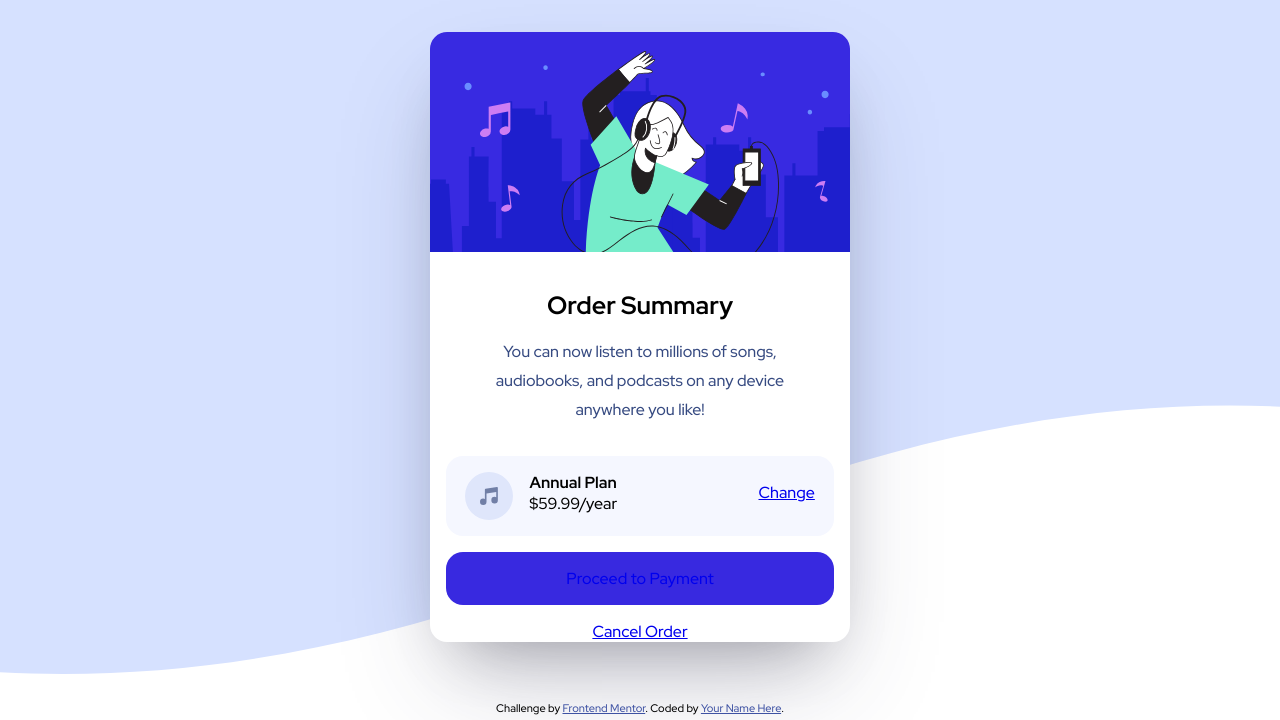
Repository: DejV44/order-summary-frontend
Page: index.html
The author's editor kept a copy of each file at every save. The page is drawn from the files as they stood at one save, then again after the next save.
The browser window is 1280 px wide. The pictures show the whole page.
The style sheet was rebuilt from its Sass, Less or Tailwind sources for each picture, by a compiler version that may differ from the author's.

Above is the page before, as saved 2021-08-13 12:09:31.

### index.html
<!DOCTYPE html>
<html lang="en">
<head>
  <meta charset="UTF-8">
  <meta name="viewport" content="width=device-width, initial-scale=1.0">
  <link rel="stylesheet" href="css/style.css">

  <link rel="icon" type="image/png" sizes="32x32" href="./images/favicon-32x32.png">

  <title>Frontend Mentor | Order summary card</title>

</head>
<body>
  <div class="container">
    <div class="backgr">
      <img src="/images/illustration-hero.svg" alt="hero">
    </div>
    <div class="content">
      <h1>Order Summary</h1>
      <p>You can now listen to millions of songs, audiobooks, and podcasts on any
      device anywhere you like!</p>
    </div>
    <div class="price_container">
      <div class="annual">
        <img src="/images/icon-music.svg" alt="music">
        <div>
          <p class="bold">Annual Plan</p>
          <p>$59.99/year</p>
        </div>

      </div>
      <a href="#">Change</a>
    </div>
    <div class="button">
      <a href="#">Proceed to Payment</a>
    </div>
    <div class="cancel_button">
      <a href="#">Cancel Order</a>
    </div>

  </div>

  <div class="attribution">
    Challenge by <a href="https://www.frontendmentor.io?ref=challenge" target="_blank">Frontend Mentor</a>.
    Coded by <a href="#">Your Name Here</a>.
  </div>
</body>
</html>

### css/style.scss
* {
    margin: 0;
    padding: 0;
}
@import url('https://fonts.googleapis.com/css2?family=Red+Hat+Display:wght@500;700;900&display=swap');
@import "variables";
@import "mixins";

body {
    @include body;
    @include fonts;
}

.container {
    @include container;
    @include border;

}
.attribution {
    @include attribution;
}

.content {
    @include content;
}

.price_container {
    display: flex;
    justify-content: space-between;
    @include border;
    background: $VeryPaleBlue;
    margin: 0 1rem;
    padding: 1rem 0;
    .annual {
        display: flex;
        padding: 0 1.2rem;

        p {
            padding: 0 1rem;
        }
        .bold {
            font-weight: 700;
        }
    }

    a {
        margin: 0.6rem 1.2rem 0;
    }
}

.button {
    margin: 1rem;
    @include border;
    padding: 1rem;
    background: $Brightblue;
    color: $VeryPaleBlue;
    a {
        text-decoration: none;
    }
}

### css/_variables.scss
// ---COLORS--

$Paleblue: hsl(225, 100%, 94%);
$Brightblue: hsl(245, 75%, 52%);
$VeryPaleBlue: hsl(225, 100%, 98%);
$Desaturatedblue: hsl(224, 41%, 36%);
$DarkBlue: hsl(223, 47%, 23%);

### css/_mixins.scss
@mixin fonts {
    font-family: 'Red Hat Display', sans-serif;
}

@mixin backgroundMob {
    background: url(/images/pattern-background-mobile.svg);
    background-repeat: no-repeat;
    background-size: cover;
    background-position: center;
}

@mixin container {
    max-width: 420px;
    margin: 0 auto;
    text-align: center;
    box-shadow: rgba(255, 255, 255, 0.1) 0px 1px 1px 0px inset, rgba(50, 50, 93, 0.25) 0px 50px 100px -20px, rgba(0, 0, 0, 0.3) 0px 30px 60px -30px;
    overflow: hidden;
    @include fonts;
    background: white;
}

@mixin border {
    border-radius: 17px;

}

@mixin attribution {
    position: fixed;
    bottom: 5px;
    font-size: 11px; text-align: center;
    a {
        color: hsl(228, 45%, 44%);
    }
}

@mixin body {
    @include backgroundMob;
    display: flex;
    justify-content: center;
    align-items: center;
    margin: 2rem auto;
}

@mixin content {
    padding: 2rem;

    h1 {
        font-size: 25px;
        padding-bottom: 1rem;
    }

    p {
        line-height: 1.8rem;
        color: $Desaturatedblue;
    }
}

After the next save:
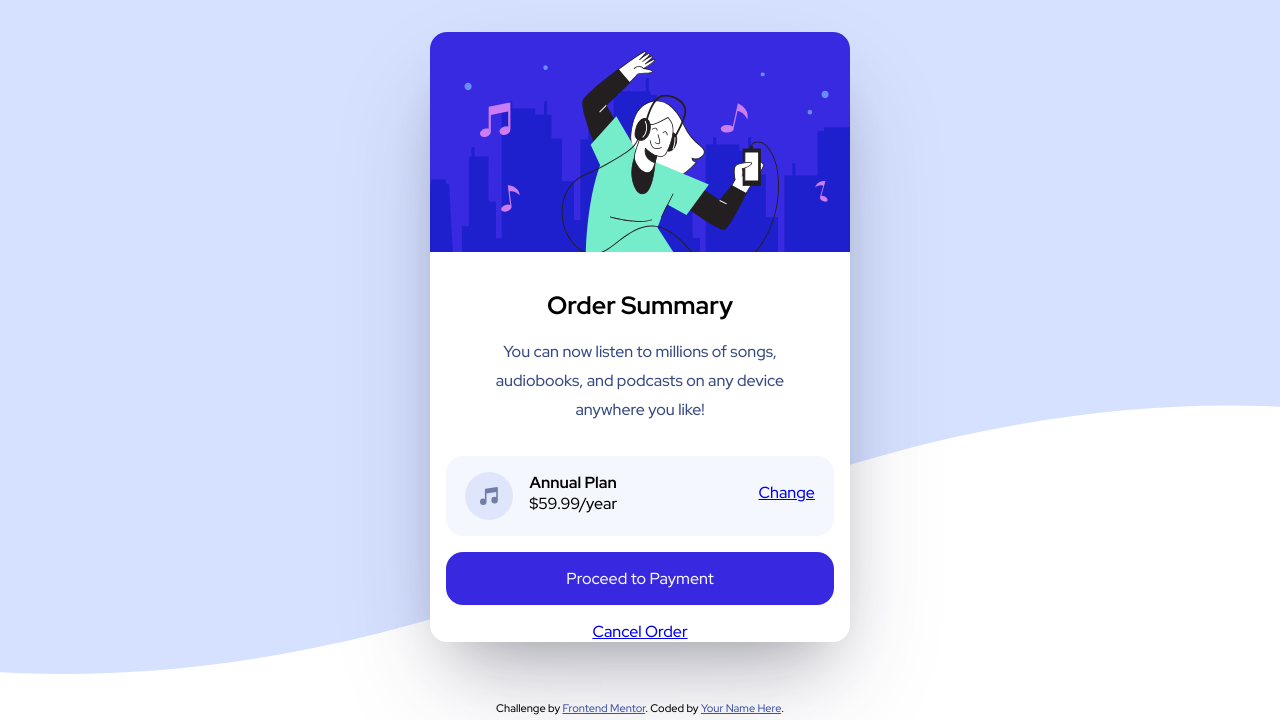
Saved 11 s later.
--- a/css/style.scss
+++ b/css/style.scss
@@ -53,8 +53,9 @@ body {
     @include border;
     padding: 1rem;
     background: $Brightblue;
-    color: $VeryPaleBlue;
+
     a {
         text-decoration: none;
+        color: $VeryPaleBlue;
     }
 }
